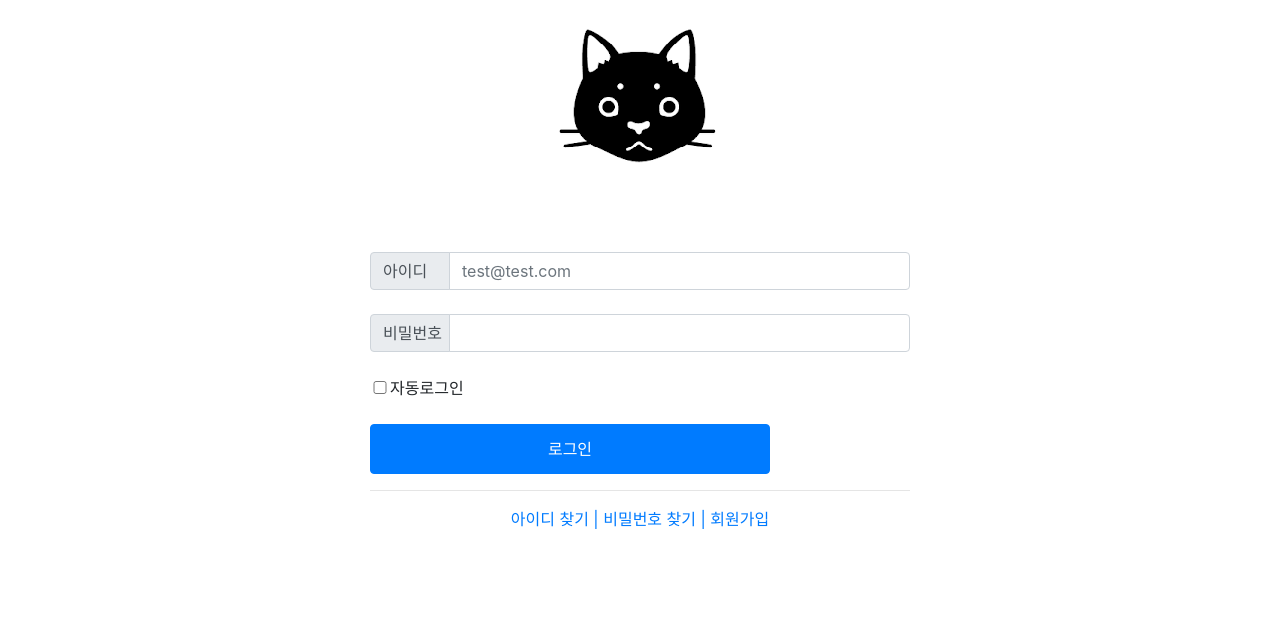
Repository: 0deepsleep/SpringMVCStudy
Page: http://localhost/TestProject/Login.jsp
These files come from the project's save history. The page is drawn as it stood at one moment and after a run of saves; the edit follows.
The browser window is 1280 px wide. The pictures show the whole page.
The page is served by Tomcat 9.

Above is the page before, as saved 2019-06-14 09:45:31.

### TestProject/WebContent/Login.jsp
<%@ page contentType="text/html; charset=UTF-8"%>
<%@ taglib prefix="c" uri="http://java.sun.com/jsp/jstl/core" %>
<%
	request.setCharacterEncoding("UTF-8");
	String cp = request.getContextPath();
%>
<!DOCTYPE html>
<html>
<head>
<meta charset="UTF-8">
<title>Login.jsp</title>
<link rel="stylesheet" href="https://stackpath.bootstrapcdn.com/bootstrap/4.3.1/css/bootstrap.min.css">
<style type="text/css">
	.bolck
	{
		width: 80px;
	}

	.btn
	{
		width: 400px;
		height: 50px
	}


	#err1
	{
		display: none;
		color: red;
		font-size: small;
	}

	#err2
	{
		display: none;
		color: red;
		font-size: small;
	}
	*{text-align:left;}

</style>
<script type="text/javascript" src="https://ajax.googleapis.com/ajax/libs/jquery/3.4.1/jquery.min.js"></script>
<script type="text/javascript">

	$(document).ready(function()
	{
		$("#btn").click(function()
		{

			if($("#userId").val()=="" && $("#userPwd").val()=="")
			{
				$("#err1").css("display", "inline");
				$("#err2").css("display", "inline");
				return;
			}

			$("#err1").css("display", "none");

			if($("#userId").val()=="")
			{
				$("#err1").css("display", "inline");
				return;
			}

			$("#err2").css("display", "none");

			if( $("#userPwd").val()=="")
			{
				$("#err2").css("display", "inline");
				return;
			}

			$("#memberForm").submit();

		});


	});
</script>

</head>
<body>

<div class="text-center container">
	<img src="<%=cp %>/img/cat.png" class="rounded" alt="" >
  <div class="row" style="margin-top: 60px;">
  	<div class="col-md-6 offset-md-3">
  		<div class="input-group" id="memberForm">
	  		<div class="input-group-prepend">
		    	<span class="input-group-text bolck">아이디</span>
		    </div>
		  <input type="text" id="userId" name="userId" class="form-control"
		  required="required" placeholder="test@test.com">
		    </div>
		    <span id="err1">아이디를 입력해주세요.</span><br>

		<div class="input-group" id="memberForm">
	  		<div class="input-group-prepend">
		    	<span class="input-group-text bolck">비밀번호</span>
		    </div>
		  	<input type="password" id="userPwd" name="userPwd" class="form-control"
		  required="required" >
		</div>
		<span id="err2">비밀번호를 입력해주세요.</span>
		<br><input type="checkbox" style="width: 20px;">자동로그인

		<br><br>
		<button type="button" id="btn" name="btn" class="btn-primary btn">로그인</button>
		<br><hr />

		<div style="text-align: center;">
				<a href="#"> 아이디 찾기 |</a>
				<a href="#"> 비밀번호 찾기 |</a>
				<a href="#"> 회원가입</a>
		</div>
	</div>
  </div>
</div>

</body>
</html>

After the next 2 saves:
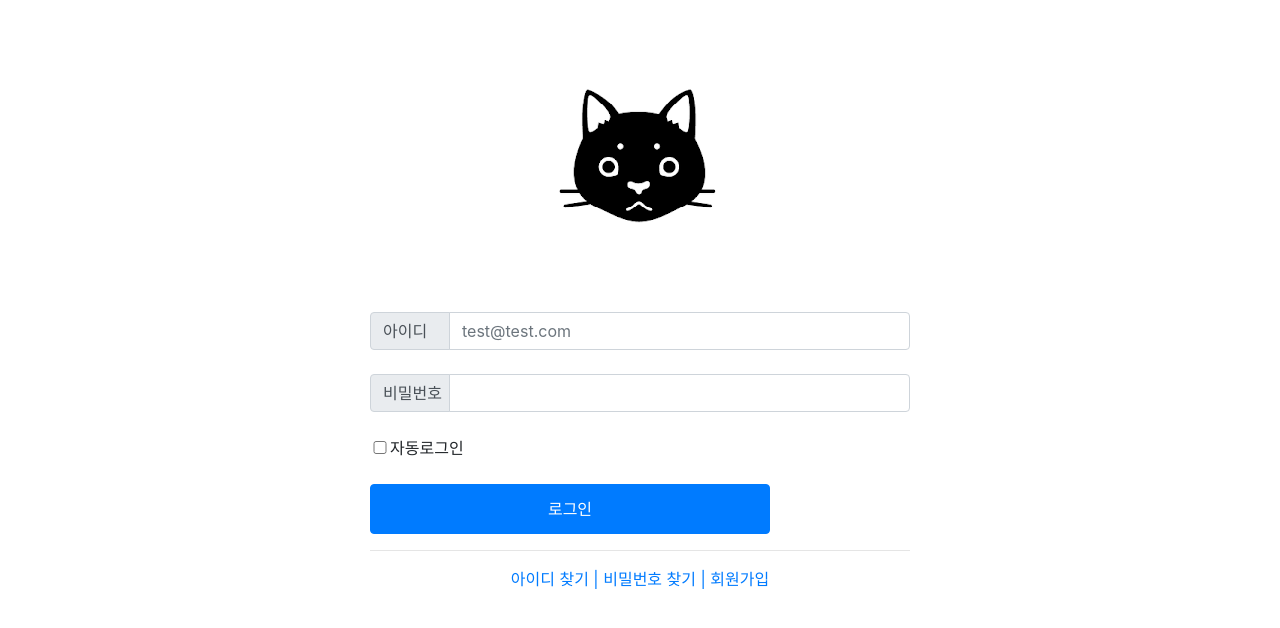
The 2 saves are shown as one change because they came seconds apart.
The last was saved 10 s later.
--- a/TestProject/WebContent/Login.jsp
+++ b/TestProject/WebContent/Login.jsp
@@ -82,7 +82,7 @@
 <body>
 
 <div class="text-center container">
-	<img src="<%=cp %>/img/cat.png" class="rounded" alt="" >
+	<img src="<%=cp %>/img/cat.png" class="rounded" alt="logo" style="margin-top: 60px;">
   <div class="row" style="margin-top: 60px;">
   	<div class="col-md-6 offset-md-3">
   		<div class="input-group" id="memberForm">
